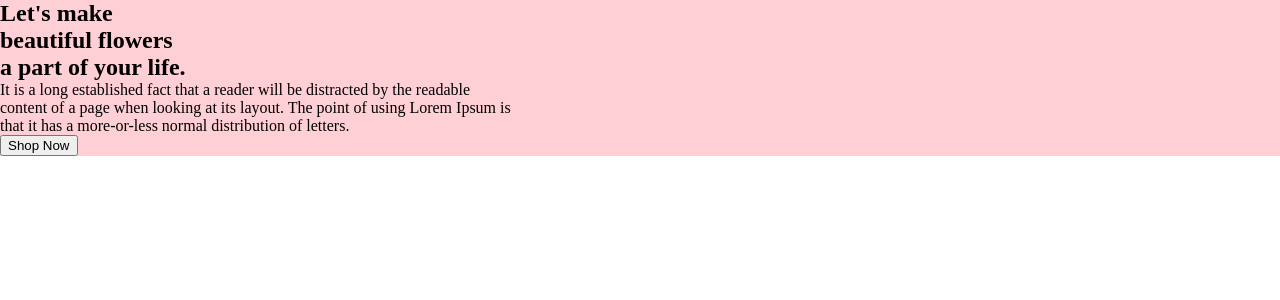
Repository: sadiaafsana138/Flower-Shop_Responsive
Page: index.html
An editor plug-in stored every save of this project. The page is shown before and after a run of saves, followed by the edit.
The browser window is 1280 px wide. The pictures show the whole page.

Above is the page before, as saved 2023-08-30 02:07:07.

After the next 2 saves:
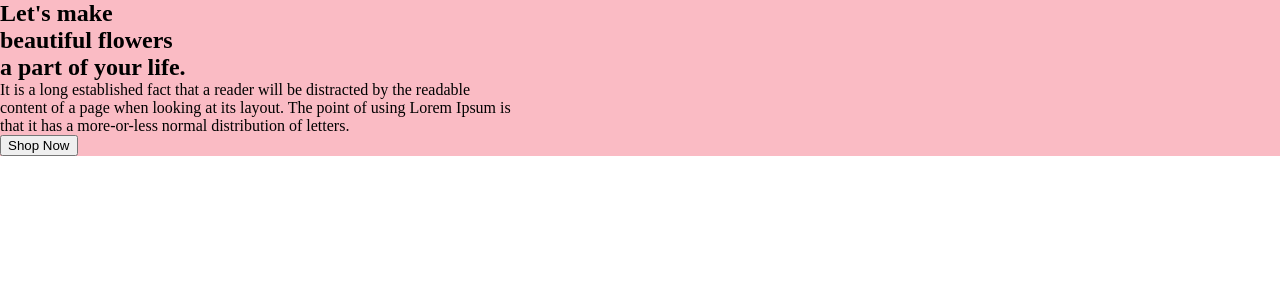
The 2 saves are shown as one change because they came seconds apart.
The last was saved 9 s later.
--- a/Flower.css
+++ b/Flower.css
@@ -2,5 +2,5 @@
     margin:0px;
 }
 .Section1{
-    background-color: rgb(255, 207, 214);
+    background-color: rgb(250, 187, 196);
 }
